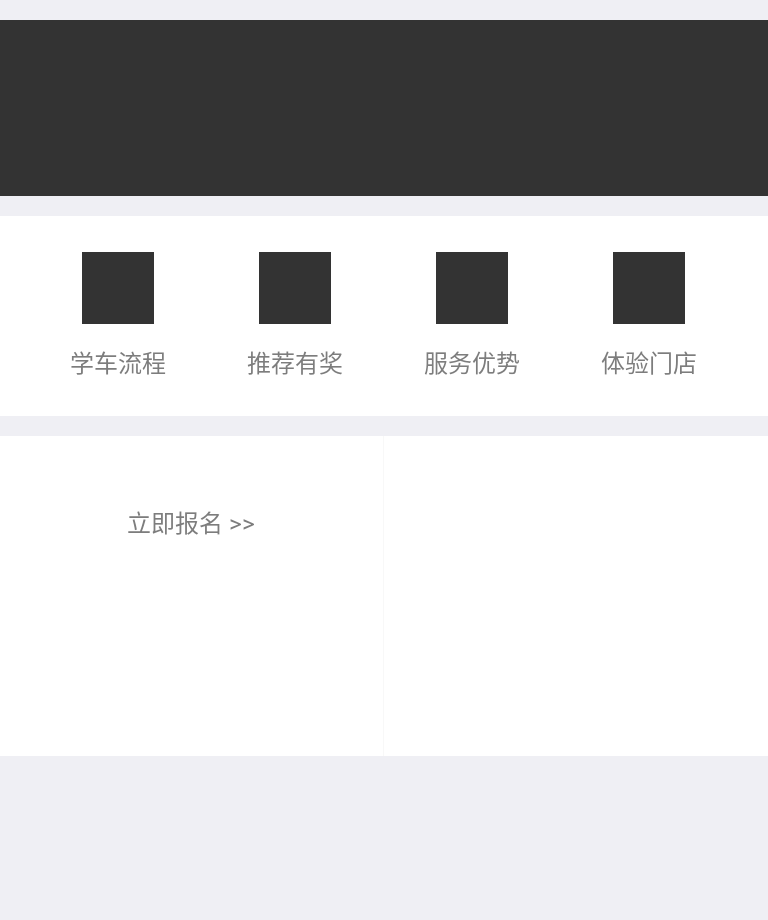
Repository: BugBang/paipaixueche
Layout: DGJP/res/layout/act_home_pager.xml
These files come from the project's save history. The layout is drawn as it stood at one moment and after the next save; the edit follows.
The pictures show rows 360 to 1280 of an output 1280 px tall.
It is drawn on a 768 x 1280 px phone screen (xhdpi) without system bars, with theme android:Theme; the app's code is not run.

Above is the layout before, as saved 2016-11-11 08:49:01.

### DGJP/res/layout/act_home_pager.xml
<?xml version="1.0" encoding="utf-8"?>

<LinearLayout
    xmlns:android="http://schemas.android.com/apk/res/android"
    xmlns:app="http://schemas.android.com/apk/res-auto"
    android:layout_width="match_parent"
    android:background="@color/gray_bg"
    android:layout_height="match_parent"
    android:orientation="vertical" >
    <RelativeLayout
        android:layout_width="match_parent"
	    android:layout_height="180dp">
       <!-- -->  <com.session.dgjp.view.CarouselView
	        android:id="@+id/top_ad_view"
	        android:layout_width="match_parent"
		    android:layout_height="180dp"
        />
        <RelativeLayout
            android:background="@android:color/transparent"
            android:orientation="horizontal"
            android:layout_width="match_parent"
            android:layout_height="@dimen/view_48"
            >
            <TextView
                android:id="@+id/tv_local"
                android:textColor="@color/white"
                android:layout_centerVertical="true"
                android:layout_marginLeft="@dimen/view_20"
                android:layout_width="wrap_content"
                android:layout_height="wrap_content"
                android:textSize="@dimen/text_medium_xx"
                android:text="@string/home_tv_local"
                />
            <TextView
                android:textColor="@color/white"
                android:layout_centerInParent="true"
                android:layout_width="wrap_content"
                android:layout_height="wrap_content"
                android:textSize="@dimen/text_title"
                android:text="@string/home_tv_title"
                />
            <TextView
                android:id="@+id/tv_call"
                android:textColor="@color/white"
                android:layout_centerVertical="true"
                android:layout_alignParentRight="true"
                android:layout_marginRight="@dimen/view_20"
                android:layout_width="wrap_content"
                android:layout_height="wrap_content"
                android:textSize="@dimen/text_medium_xx"
                android:text="@string/home_tv_call"
                />
        </RelativeLayout>
    </RelativeLayout>

    <ImageView
        android:layout_marginTop="@dimen/view_10"
        android:layout_width="match_parent"
        android:layout_height="@dimen/view_88"
        android:background="@color/black_333333"
        />

    <LinearLayout
        android:paddingLeft="@dimen/view_15"
        android:paddingRight="@dimen/view_15"
        android:orientation="horizontal"
        android:background="@color/white"
        android:layout_marginTop="@dimen/view_10"
        android:layout_width="match_parent"
        android:layout_height="@dimen/view_100"
        >
        <LinearLayout
            android:orientation="vertical"
            android:layout_width="0dp"
            android:layout_weight="1"
            android:gravity="center"
            android:layout_height="match_parent"
            >
            <ImageView
                android:layout_width="@dimen/view_36"
                android:layout_height="@dimen/view_36"
                android:background="@color/black_333333"
                />
            <TextView
                android:layout_marginTop="10dp"
                android:gravity="center"
                android:layout_width="match_parent"
                android:layout_height="wrap_content"
                android:text="学车流程"
                android:textSize="@dimen/text_medium_x"
                android:textColor="@color/text_gray_dark2"
                />

        </LinearLayout>
        <LinearLayout
            android:orientation="vertical"
            android:layout_width="0dp"
            android:layout_weight="1"
            android:gravity="center"
            android:layout_height="match_parent"
            >
            <ImageView
                android:layout_width="@dimen/view_36"
                android:layout_height="@dimen/view_36"
                android:background="@color/black_333333"
                />
            <TextView
                android:layout_marginTop="10dp"
                android:gravity="center"
                android:layout_width="match_parent"
                android:layout_height="wrap_content"
                android:text="推荐有奖"
                android:textSize="@dimen/text_medium_x"
                android:textColor="@color/text_gray_dark2"
                />
        </LinearLayout>
        <LinearLayout
            android:orientation="vertical"
            android:layout_width="0dp"
            android:layout_weight="1"
            android:gravity="center"
            android:layout_height="match_parent"
            >
            <ImageView
                android:layout_width="@dimen/view_36"
                android:layout_height="@dimen/view_36"
                android:background="@color/black_333333"
                />
            <TextView
                android:layout_marginTop="10dp"
                android:gravity="center"
                android:layout_width="match_parent"
                android:layout_height="wrap_content"
                android:text="服务优势"
                android:textSize="@dimen/text_medium_x"
                android:textColor="@color/text_gray_dark2"
                />

        </LinearLayout>
        <LinearLayout
            android:orientation="vertical"
            android:layout_width="0dp"
            android:gravity="center"
            android:layout_weight="1"
            android:layout_height="match_parent"
            >
            <ImageView
                android:layout_width="@dimen/view_36"
                android:layout_height="@dimen/view_36"
                android:background="@color/black_333333"
                />
            <TextView
                android:layout_marginTop="10dp"
                android:gravity="center"
                android:layout_width="match_parent"
                android:layout_height="wrap_content"
                android:text="体验门店"
                android:textSize="@dimen/text_medium_x"
                android:textColor="@color/text_gray_dark2"
                />
        </LinearLayout>


    </LinearLayout>

    <LinearLayout
        android:layout_marginTop="10dp"
        android:layout_width="match_parent"
        android:layout_height="160dp"
        android:orientation="horizontal"
        android:background="@color/white"
        >
        <LinearLayout
            android:gravity="center"
            android:layout_width="0dp"
            android:orientation="vertical"
            android:layout_weight="1"
            android:layout_height="match_parent"
            >
            <TextView
                android:layout_width="wrap_content"
                android:layout_height="wrap_content"
                android:text="立即报名 >>"
                android:textSize="@dimen/text_medium_x"
                android:textColor="@color/text_gray_dark2"
                />
            <ImageView
                android:layout_width="@dimen/view_74"
                android:layout_height="@dimen/view_74"
                />

        </LinearLayout>
        <View
            android:layout_height="match_parent"
            android:layout_width="0.5dp"
            android:background="@color/gray_F8F8F8"
            />

         <LinearLayout
             android:gravity="center"
            android:layout_width="0dp"
            android:layout_weight="1"
            android:layout_height="match_parent"
            >

        </LinearLayout>

    </LinearLayout>

</LinearLayout>

### DGJP/res/values/colors.xml
<?xml version="1.0" encoding="utf-8"?>
<resources>

    <color name="common_background">#EBEBEB</color>
    <color name="common_background_transparent">#AAEBEBEB</color>
    <color name="dialog_background">#EEEEEE</color>
    <color name="text_title">#555555</color>
    <color name="divider">#D2D2D2</color>
    <color name="blue">#1990DE</color>
    <color name="blue_00BFF3">#00BFF3</color>
    <color name="red">#FF3000</color>
    <color name="red_FF0808">#FF0808</color>
    <color name="red_pressed">#DD2222</color>
    <color name="pure_red">#FF0000</color>
    <color name="gray">#B8B8B8</color>
    <color name="blue_press">#0F7CC4</color>
    <color name="stroke_blue">#1990DE</color>
    <color name="white">#FFFFFF</color>
    <color name="bg_message_time">#F4F4F4</color>
    <color name="green_00A00B">#00A00B</color>
    <color name="gray_666666">#666666</color>
    <color name="gray_999999">#999999</color>
    <color name="gray_A8A8A8">#A8A8A8</color>
    <color name="gray_ADADAD">#ADADAD</color>
    <color name="gray_9B9B9B">#9B9B9B</color>
    <color name="gray_EFEFEF">#EFEFEF</color>
    <color name="gray_F3F3F3">#F3F3F3</color>
    <color name="gray_A3A3A3">#A3A3A3</color>
    <color name="orange_FF7200">#FF7200</color>
    <color name="orange_E56701">#E56701</color>
    <color name="gray_D7D7D7">#D7D7D7</color>
    <color name="gray_D2D2D2">#D2D2D2</color>
    <color name="gray_EDEDED">#EDEDED</color>
    <color name="yellow_FEB53F">#FEB53F</color>
    <color name="blue_68DAFC">#68DAFC</color>
    <color name="black_333333">#333333</color>
    <color name="gray_888888">#888888</color>
    <color name="gray_F4F4F4">#F4F4F4</color>
    <color name="gray_F2F2F2">#F2F2F2</color>
    <color name="gray_EEEEEE">#EEEEEE</color>
    <color name="gray_989898">#989898</color>
    <color name="gray_CCCCCC">#CCCCCC</color>
    <color name="gray_FAFAFA">#FAFAFA</color>
    <color name="gray_F8F8F8">#F8F8F8</color>
    <color name="gray_bg">#efeff4</color>

    <!-- 字体颜色 -->
    <color name="text_blue">@color/blue</color>
    <color name="text_blue_press">@color/blue_press</color>
    <color name="text_gray">#919191</color>
    <color name="text_white">@color/white</color>
    <color name="text_orange">#FF7200</color>
    <color name="text_hint">#B8B8B8</color>
    <color name="text_msg">#707070</color>
    <color name="text_black">#333333</color>
    <color name="text_gray_dark">#888888</color>
    <color name="text_gray_dark2">#7d7d7d</color>
    <color name="text_about_version">#9E9E9E</color>
    <color name="text_about_declare">#AAAAAA</color>
    <color name="text_id_blue">#0E6CEC</color>
    <color name="radio_text_normal">#606060</color>
    <color name="red_FC7D0D">#FC7D0D</color>

    <!-- 扫描二维码 -->
    <color name="result_view">#b0000000</color>
    <color name="viewfinder_mask">#60000000</color>
    <color name="possible_result_points">#00000000</color>

</resources>

### DGJP/res/values/dimens.xml
<?xml version="1.0" encoding="utf-8"?>
<resources>
    <!-- 界面 -->
    <dimen name="title_height">49dp</dimen>
    <dimen name="divider">1px</dimen>
    <dimen name="divider_minus">-1px</dimen>
    <dimen name="stroke">@dimen/view_1</dimen>
    <dimen name="btn_corner">3dp</dimen>
    <dimen name="dialog_corner">5dp</dimen>
    <dimen name="stroke_null">-1dp</dimen>
    <dimen name="msg_ring">18dp</dimen>
    <dimen name="about_logo">56dp</dimen>

    <!-- 常量 -->
    <dimen name="view_minus_1">-1dp</dimen>
    <dimen name="view_0">0dp</dimen>
    <dimen name="view_1">1dp</dimen>
    <dimen name="view_2">2dp</dimen>
    <dimen name="view_2_5">2.5dp</dimen>
    <dimen name="view_3">3dp</dimen>
    <dimen name="view_3_5">3.5dp</dimen>
    <dimen name="view_4">4dp</dimen>
    <dimen name="view_5">5dp</dimen>
    <dimen name="view_6">6dp</dimen>
    <dimen name="view_6_5">6.5dp</dimen>
    <dimen name="view_7">7dp</dimen>
    <dimen name="view_7_5">7.5dp</dimen>
    <dimen name="view_8">8dp</dimen>
    <dimen name="view_9">9dp</dimen>
    <dimen name="view_10">10dp</dimen>
    <dimen name="view_11">11dp</dimen>
    <dimen name="view_12">12dp</dimen>
    <dimen name="view_13">13dp</dimen>
    <dimen name="view_14">14dp</dimen>
    <dimen name="view_15">15dp</dimen>
    <dimen name="view_16">16dp</dimen>
    <dimen name="view_17">17dp</dimen>
    <dimen name="view_18">18dp</dimen>
    <dimen name="view_19">19dp</dimen>
    <dimen name="view_20">20dp</dimen>
    <dimen name="view_21">21dp</dimen>
    <dimen name="view_22">22dp</dimen>
    <dimen name="view_23">23dp</dimen>
    <dimen name="view_25">25dp</dimen>
    <dimen name="view_24">24dp</dimen>
    <dimen name="view_26">26dp</dimen>
    <dimen name="view_27">27dp</dimen>
    <dimen name="view_29">29dp</dimen>
    <dimen name="view_30">30dp</dimen>
    <dimen name="view_31">31dp</dimen>
    <dimen name="view_32">32dp</dimen>
    <dimen name="view_33">33dp</dimen>
    <dimen name="view_34">34dp</dimen>
    <dimen name="view_35">35dp</dimen>
    <dimen name="view_36">36dp</dimen>
    <dimen name="view_39">39dp</dimen>
    <dimen name="view_40">40dp</dimen>
    <dimen name="view_42">42dp</dimen>
    <dimen name="view_44">44dp</dimen>
    <dimen name="view_48">48dp</dimen>
    <dimen name="view_49">49dp</dimen>
    <dimen name="view_50">50dp</dimen>
    <dimen name="view_60">60dp</dimen>
    <dimen name="view_65">65dp</dimen>
    <dimen name="view_68">68dp</dimen>
    <dimen name="view_74">74dp</dimen>
    <dimen name="view_80">80dp</dimen>
    <dimen name="view_88">88dp</dimen>
    <dimen name="view_100">100dp</dimen>
    <dimen name="view_136">136dp</dimen>
    <dimen name="view_150">150dp</dimen>
    <dimen name="view_170">170dp</dimen>
    <dimen name="view_180">180dp</dimen>
    <dimen name="view_234">234dp</dimen>
    <dimen name="view_260">260dp</dimen>

    <!-- 引用常量的配置 -->
    <dimen name="login_logo_padding">@dimen/view_30</dimen>
    <dimen name="et_right">@dimen/view_0</dimen>
    <dimen name="et_corner">@dimen/view_1</dimen>
    <dimen name="pager_paddding">8.5dp</dimen>
    <dimen name="et_login_height">@dimen/view_50</dimen>
    <dimen name="et_paddding">@dimen/view_15</dimen>
    <dimen name="et_drawable_paddding">@dimen/view_5</dimen>
    <dimen name="btn_small">@dimen/view_30</dimen>
    <dimen name="btn_medium">36.5dp</dimen>
    <dimen name="login_et_margin_top">@dimen/view_30</dimen>
    <dimen name="about_menu_height">@dimen/view_50</dimen>
    <dimen name="about_person_info_height">@dimen/view_30</dimen>

    <!-- 字体 -->
    <!-- <dimen name="text_small">13sp</dimen>
    <dimen name="text_small_x">14sp</dimen> -->
    <dimen name="text_small">9sp</dimen>
    <dimen name="text_9_5">9.5sp</dimen>
    <dimen name="text_small_x">10sp</dimen>
    <dimen name="text_medium">11sp</dimen>
    <dimen name="text_medium_x">12sp</dimen>
    <dimen name="text_12_5">12.5sp</dimen>
    <dimen name="text_medium_xx">13sp</dimen>
    <dimen name="text_medium_xxx">14sp</dimen>
    <dimen name="text_large">15sp</dimen>
    <dimen name="text_title">16sp</dimen>
    <dimen name="text_btn">18sp</dimen>
    <dimen name="password_text">15sp</dimen>
</resources>

### DGJP/res/values/strings.xml
<?xml version="1.0" encoding="utf-8"?>
<resources>

    <!-- 通用 -->
    <string name="colon">：</string>
    <string name="confirm">确定</string>
    <string name="cancel">取消</string>
    <string name="default_error_msg">应用异常，请稍后重试</string>
    <string name="query_datas_fail">查询数据失败，请稍后重试</string>
    <string name="no_data">无记录</string>
    <string name="unknown">未知</string>
    <string name="querying">正在查询</string>
    <string name="submitting_request">正在提交请求</string>
    <string name="submit_fail">请求失败</string>
    <string name="operation_success">操作成功</string>
    <string name="back">返回</string>
    <string name="hint">提示</string>

    <!-- 密码 -->
    <string name="set_password_hint">请设置您的支付密码以便后续操作</string>
    <string name="set_password">设置支付密码</string>
    <string name="modify_password">修改支付密码</string>
    <string name="old_password">原密码</string>
    <string name="new_password">新密码</string>
    <string name="new_password_again">确认新密码</string>
    <string name="hint_old">请输入原密码</string>
    <string name="hint_new">请输入6位数字的新密码</string>
    <string name="hint_new_again">请再次输入新密码</string>
    <string name="id_card">身份证号码</string>
    <string name="id_card_hint">请输入身份证号码</string>
    <string name="verify_code">验证码</string>
    <string name="save">保存</string>

    <!-- 预约时间选择 -->
    <string name="select_date">选择日期</string>
    <string name="select_period">选择时段</string>
    <string name="app_name">拍拍学车</string>
    <string name="version_name">1.0.7</string>

    <!-- 扫描二维码 -->
    <string name="scan">扫描二维码</string>
    <string name="scan_text">将二维码放入框内，即可自动扫描</string>
    <string name="scan_result_abnormal">扫描结果异常</string>

    <!-- 登录 -->
    <string name="hint_input_phone">请输入手机号码</string>
    <string name="hint_input_captcha">请输入验证码</string>
    <string name="get_captcha">获取验证码</string>
    <string name="login">登录</string>
    <string name="register">注册</string>
    <string name="toast_input_phone">请输入手机号码</string>
    <string name="toast_input_right_phone">请输入正确的手机号码</string>
    <string name="toast_get_captcha">请先获取验证码</string>
    <string name="toast_input_captcha">请输入验证码</string>
    <string name="toast_input_right_captcha">请输入正确的验证码</string>

    <!-- 注册 -->
    <string name="name">请输入姓名</string>
    <string name="id_num">请输入身份证号码</string>
    <string name="region">请选择所在地区</string>
    <string name="branch_sch">请选择报名分校</string>

    <!-- 个人中心 -->
    <string name="logout">退出登录</string>
    <string name="about">关于</string>
    <string name="personal_center">个人中心</string>
    <string name="modify_pay_pwd">修改支付密码</string>
    <string name="reset_pay_pwd">重置支付密码</string>
    <string name="my_wallet">我的钱包</string>
    <string name="my_coupon">我的优惠券</string>
    <string name="personal_info">个人资料</string>
    <string name="version_update">版本更新</string>
    <string name="declare">声明：</string>
    <string name="id">身份证号码：</string>
    <string name="address">住址：</string>
    <string name="school_registration">报名分校：</string>
    <string name="time_registration">报名时间：</string>
    <string name="contact_phone">联系电话：</string>
    <string name="balance">当前余额：</string>
    <string name="balance2">余额：</string>
    <string name="yuan">元</string>
    <string name="rmb">￥</string>
    <string name="unusable_coupon">查看不可用券</string>

    <!-- 主页 -->
    <!-- 预约教练 -->
    <string name="order_times">预约次数</string>
    <string name="order">单</string>
    <string name="book">预约</string>
    <string name="search_by_trainer_name">按教练姓名查询</string>
    <string name="search_school_yard">搜索培训分校场地</string>
    <string name="service_phone">服务电话</string>
    <string name="phone">电话</string>
    <string name="_address">地址</string>
    <string name="vicinity">附近</string>
    <string name="school_no_trainer">该分校没有可预约教练</string>
    <string name="your_apply_school">您的报名分校</string>
    <string name="your_last_school">您上一次培训场地</string>
    <string name="my_location">我的位置</string>

    <!-- 地图 -->
    <string name="school_no_location">该分校没有提供位置信息</string>

    <!-- 我的预约 -->
    <string name="my_order">我的预约</string>
    <string name="training_record">培训记录</string>
    <string name="waiting_confirm">待确认</string>
    <string name="confirmed">已确认</string>
    <string name="in_training">培训中</string>
    <string name="cancel_order">取消订单</string>
    <string name="start_sign_in">开始签到</string>
    <string name="end_sign_in">结束签到</string>
    <string name="training_course">培训课程</string>
    <string name="order_time">预约时间</string>
    <string name="order_trainer">预约教练</string>
    <string name="order_status">订单状态</string>
    <string name="course">课程</string>
    <string name="time">时间</string>
    <string name="trainer">教练</string>
    <string name="status">状态</string>
    <string name="confirm_order">确认订单</string>
    <string name="pay">支付</string>
    <string name="operate_fail_update_app">操作失败，请更新应用</string>

    <!-- 历史订单 -->
    <string name="history_order">历史订单</string>
    <string name="finished">完成</string>
    <string name="evaled">查看评价</string>
    <string name="_eval">评价</string>
    <string name="training_car">培训车辆</string>

    <!-- 预约学车 -->
    <string name="period">学时</string>
    <string name="training_period">培训学时</string>
    <string name="training_address">培训地址</string>
    <string name="submit_order">提交订单</string>
    <string name="booking_driving_training">预约学车</string>
    <string name="car">车辆</string>
    <string name="select_car">选择车辆</string>
    <string name="get_cars_fail">获取车辆信息失败</string>
    <string name="fee">费用</string>
    <string name="training_fee">培训费用</string>
    <string name="actual_payment">实际支付</string>
    <string name="please_select_car">请选择车辆</string>
    <string name="please_select_period">请选择时段</string>
    <string name="period_must_be_consecutive">必须选择连续的预约时段</string>
    <string name="trainer_no_order">该教练暂无可预约时段</string>
    <string name="course_no_order">该科目未来7天内没有培训计划</string>
    <string name="_trainer_name">教练姓名</string>
    <string name="belong_school">所属分校</string>
    <string name="branch_school">分校</string>
    <string name="order_detail">订单详情</string>
    <string name="canceling_order">正在取消订单</string>
    <string name="cancel_fail">取消失败</string>

    <!-- 支付 -->
    <string name="order_payment">订单支付</string>
    <string name="pay_password">支付密码</string>
    <string name="please_input_pay_password">请输入支付密码。</string>
    <string name="payment_verification">支付验证</string>
    <string name="unselect_coupon">不使用优惠券</string>
    <string name="settlement_amount">结算金额</string>
    <string name="original_price">原价</string>
    <string name="_original_price">原&#8195;价</string>
    <string name="preferential_price">活动价</string>
    <string name="preferential_amount">已优惠</string>
    <string name="pay_type">支付方式</string>
    <string name="we_chat">微信</string>
    <string name="alipay">支付宝</string>
    <string name="query_pay_type_fail">查询支付方式失败</string>
    <string name="please_select_pay_type">请选择支付方式</string>
    <string name="paying">正在支付</string>
    <string name="pay_fail">支付失败</string>
    <string name="confirm_payment">确认支付</string>
    <string name="pay_fee">支付费用</string>
    <string name="remaining_time">剩余时间</string>
    <string name="please_select_yue">结算金额为0.00元，请使用余额支付。</string>
    <string name="balance_insufficient">余额不足</string>

    <!-- 我的消息 -->
    <string name="my_message">我的消息</string>
    <string name="get_message_fail">获取消息失败</string>
    <string name="delete_message_fail">删除消息失败</string>
    <string name="delete_record_or_not">是否删除该记录？</string>

    <string-array name="message_operations">
        <item>删除</item>
    </string-array>

    <!-- 培训点评 -->
    <string name="training_evaluation">培训点评</string>
    <string name="evaluation_detail">评价详情</string>
    <string name="training_complete">培训完成</string>
    <string name="anonymous_evaluation">匿名评价</string>
    <string name="duration">时长</string>
    <string name="submit_anonymous_evaluation">提交匿名评价</string>
    <string name="select_label">选择标签</string>
    <string name="suggestion_and_complaint_hint">其它建议和投诉（内容匿名，学员放心填写）</string>
    <string name="get_labels_fail">获取标签列表失败</string>
    <string name="submit_evaluation_or_not">是否提交评价？</string>

    <!-- 首页底部栏 -->
    <string name="bottom_home">首页</string>
    <string name="bottom_drive">练车</string>
    <string name="person_center">我</string>

     <!-- 首页顶部栏 -->
    <string name="home_tv_local">深圳</string>
    <string name="home_tv_title">拍拍学车</string>
    <string name="home_tv_call">客服</string>


</resources>

After the next save:
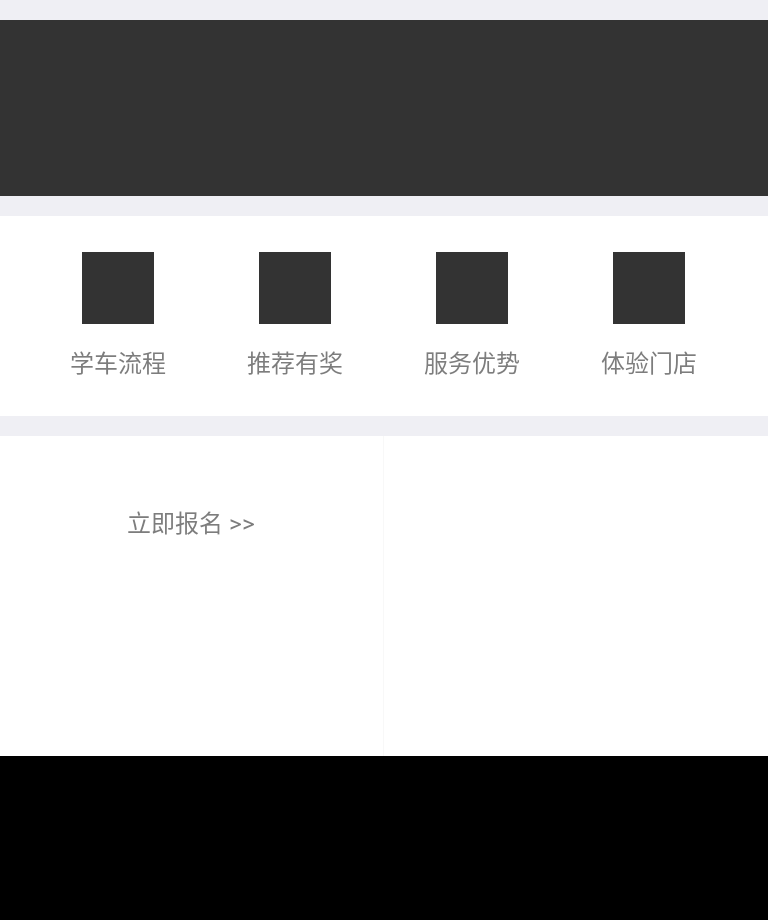
Saved 35 s later.
--- a/DGJP/res/layout/act_home_pager.xml
+++ b/DGJP/res/layout/act_home_pager.xml
@@ -1,8 +1,12 @@
 <?xml version="1.0" encoding="utf-8"?>
-
+<ScrollView
+     android:layout_width="match_parent"
+   xmlns:android="http://schemas.android.com/apk/res/android"
+    xmlns:app="http://schemas.android.com/apk/res-auto"
+    android:layout_height="match_parent"
+    >
 <LinearLayout
-    xmlns:android="http://schemas.android.com/apk/res/android"
-    xmlns:app="http://schemas.android.com/apk/res-auto"
+
     android:layout_width="match_parent"
     android:background="@color/gray_bg"
     android:layout_height="match_parent"
@@ -208,3 +212,4 @@
     </LinearLayout>
 
 </LinearLayout>
+</ScrollView>
